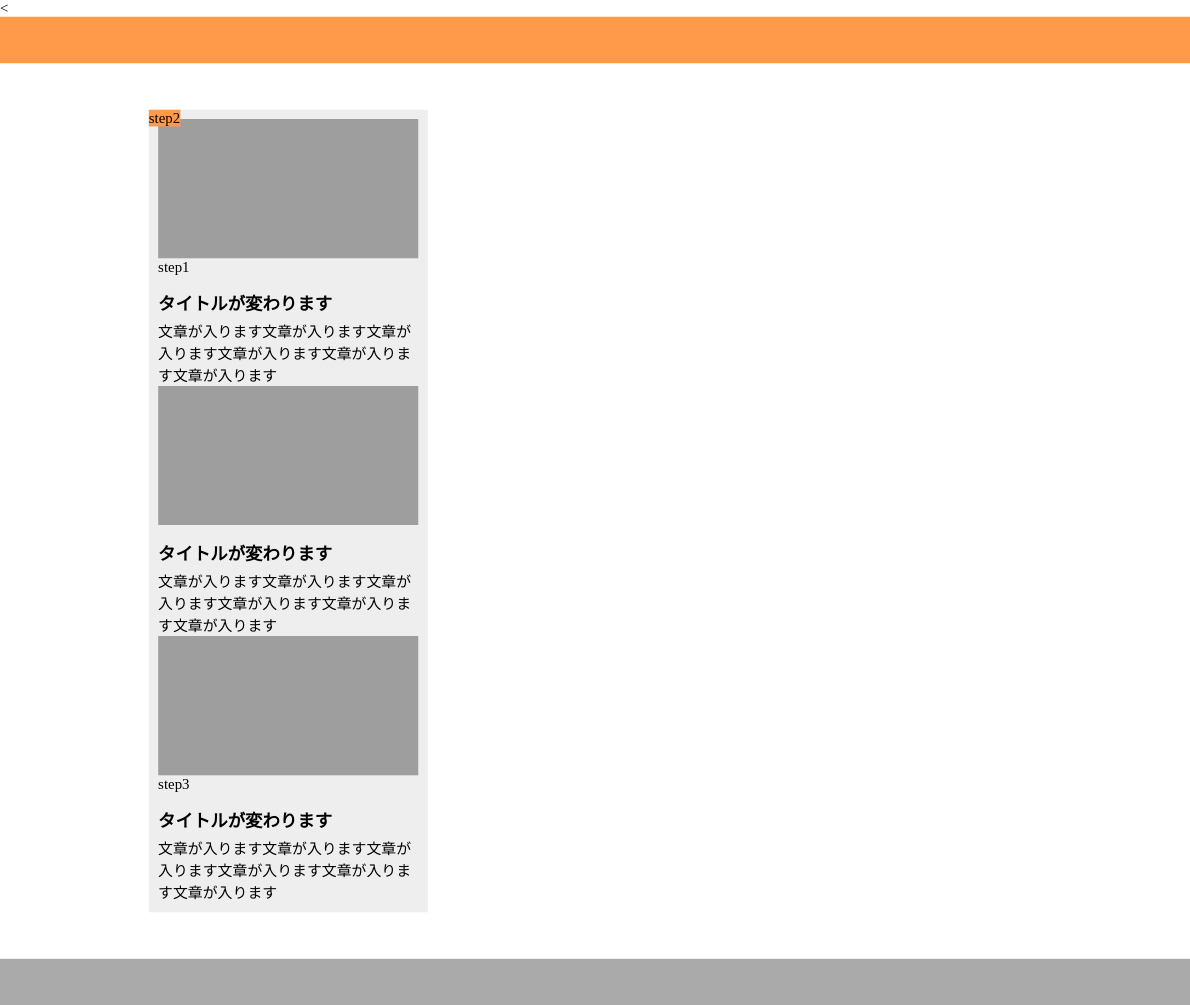
Repository: Y-takumi0/DMMwebcamp
Page: exercise/chapter9.html
The author's editor kept a record of every edit. The page is drawn from the files as they stood at one moment, then again after the next edit.
The browser window is 1280 px wide. The pictures show the whole page, at 93% of full size.
Pictures or frames that could not be fetched are drawn as grey boxes.

Above is the page before.

### exercise/chapter9.html
<!DOCTYPE html>
<html>
  <head>
    <<meta charset="UTF-8" />
    <link rel="stylesheet" href="chapter9.css" />
    <title>chapter9</title>
  </head>

  <body>
    <header></header>
    <main>
        <div class="box">
          <div class="box-img1"></div>
          <span class="box-step1">step1</span>
          <h3 class="title">タイトルが変わります</h3>
          <p>文章が入ります文章が入ります文章が入ります文章が入ります文章が入ります文章が入ります</p>
          <div class="box-img2"></div>
          <span class="box-step">step2</span>
          <h3 class="title">タイトルが変わります</h3>
          <p>文章が入ります文章が入ります文章が入ります文章が入ります文章が入ります文章が入ります</p>
          <div class="box-img3"></div>
          <span class="box-step3">step3</span>
          <h3 class="title">タイトルが変わります</h3>
          <p>文章が入ります文章が入ります文章が入ります文章が入ります文章が入ります文章が入ります</p>
        </div>
    </main>
    <footer></footer>
  </body>

</html>

### exercise/chapter9.css
* {
  margin: 0;
  padding: 0;
  box-sizing: border-box;
}

header {
  background-color: #ff9a4b;
  height: 50px
}

main {
  width: 960px;
  margin: 50px auto;
  display: flex;
}

.box {
  width: 300px;
  margin-right: 30px;
  padding: 10px;
  background-color: #eee;
  position: relative;
}

.box-step {
  position: absolute;
  top: 0;
  left: 0;
  background-color: #ff9a4b;
}

.box-img1 {
  height: 150px;
  background-image: url(img/flow1.png);
  background-size: cover;
  background-position: bottom;
}

.box-img2 {
  height: 150px;
  background-image: url(img/flow2.png);
  background-size: cover;
  background-position: bottom;
}

.box-img3 {
  height: 150px;
  background-image: url(img/img/flow3.png);
  background-size: cover;
  background-position: bottom;
}

.title {
  margin: 15px 0 5px;
}

footer {
  background-color: #aaa;
  height: 50px;
}

After the next edit:
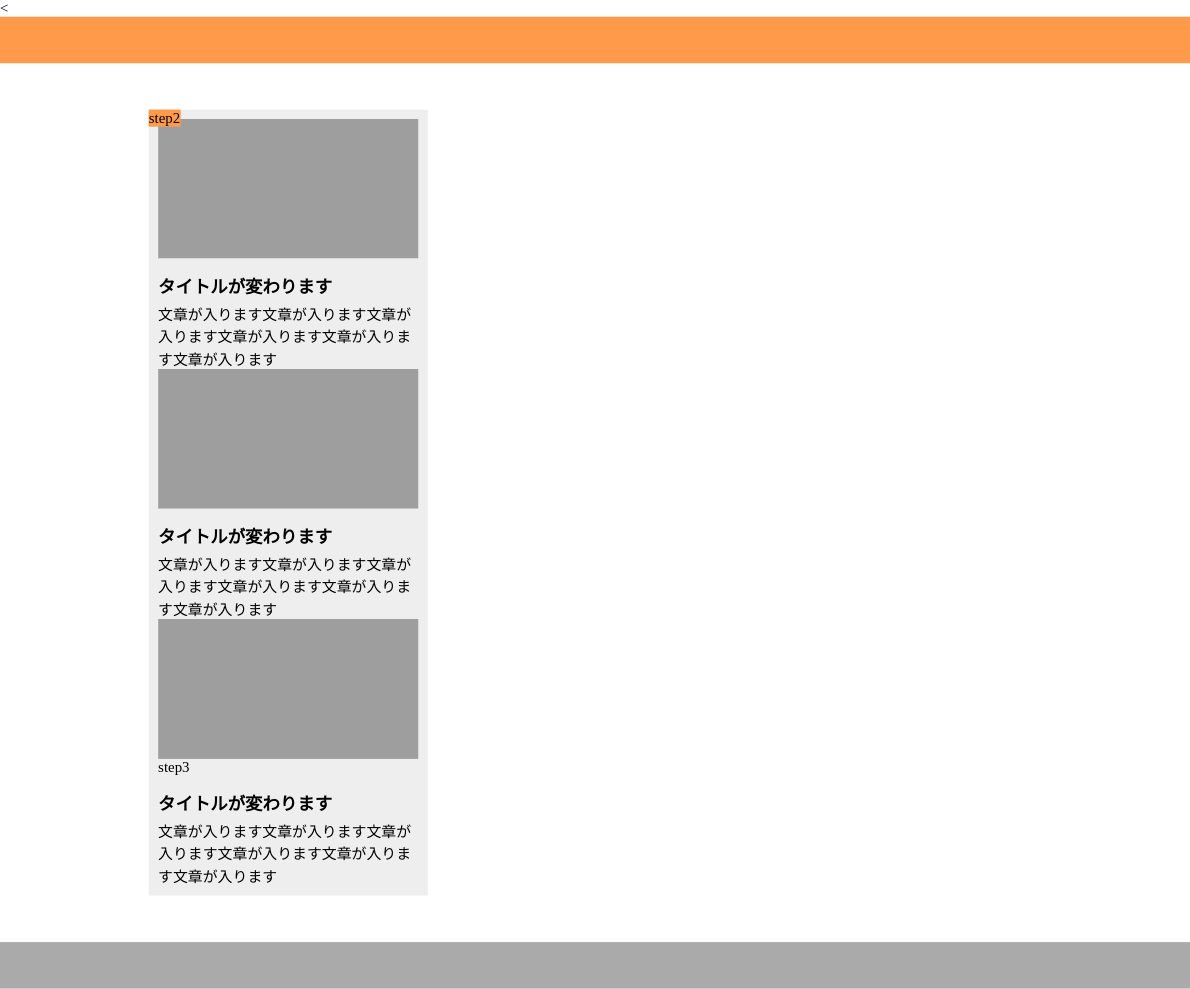
The edit:
--- a/exercise/chapter9.html
+++ b/exercise/chapter9.html
@@ -11,7 +11,7 @@
     <main>
         <div class="box">
           <div class="box-img1"></div>
-          <span class="box-step1">step1</span>
+          <span class="box-step">step1</span>
           <h3 class="title">タイトルが変わります</h3>
           <p>文章が入ります文章が入ります文章が入ります文章が入ります文章が入ります文章が入ります</p>
           <div class="box-img2"></div>
